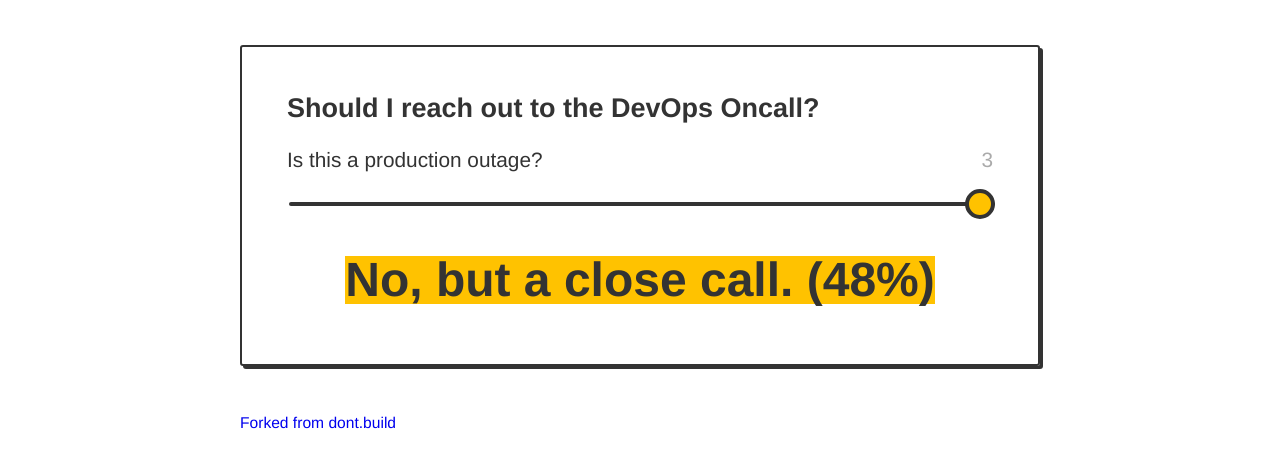
Repository: harishbsrinivas/dont.call
Page: index.html
These files come from the project's save history. The page is drawn as it stood at one moment and after the next save; the edit follows.
The browser window is 1280 px wide. The pictures show the whole page.

Above is the page before, as saved 2022-12-03 17:14:35.
Console error: TypeError: Cannot set properties of null (setting 'value')

After the next save:
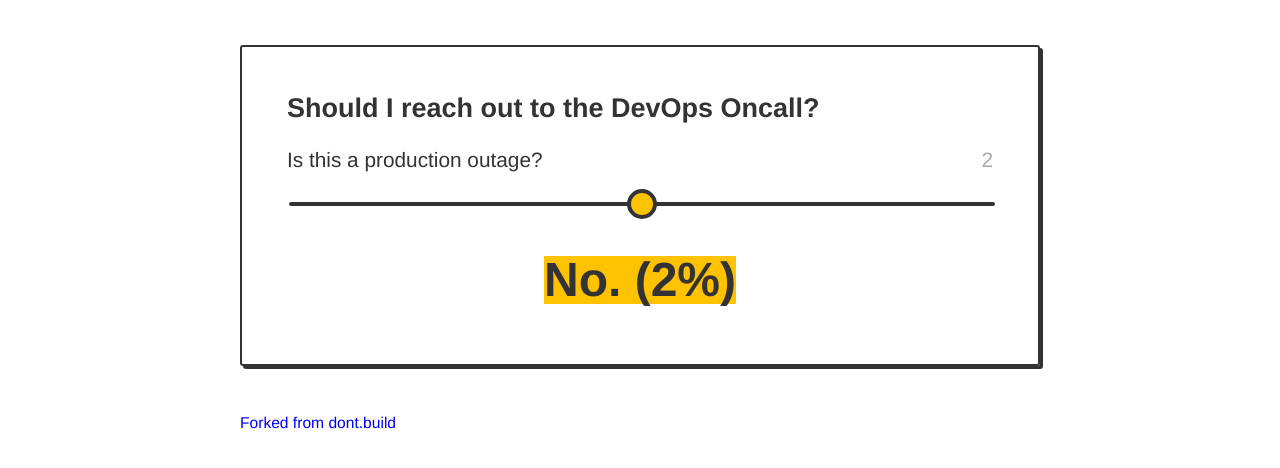
The error is gone.
Saved 21 s later.
--- a/index.html
+++ b/index.html
@@ -42,12 +42,7 @@
     <script>
         (function () {
             const params = [
-                { weight: 0.10, value: 5.5, negative: false, name: 'p-outage', },
-                { weight: 0.20, value: 5.5, negative: false, name: 'p-user-value', },
-                { weight: 0.20, value: 5.5, negative: false, name: 'p-feature-value', },
-                { weight: 0.15, value: 5.5, negative: true, name: 'p-effort', },
-                { weight: 0.20, value: 5.5, negative: true, name: 'p-negative-impact', },
-                { weight: 0.15, value: 5.5, negative: true, name: 'p-operational-complexity', },
+                { weight: 0.10, value: 2, negative: false, name: 'p-outage', },
             ]
 
             params.forEach((p, n) => {
